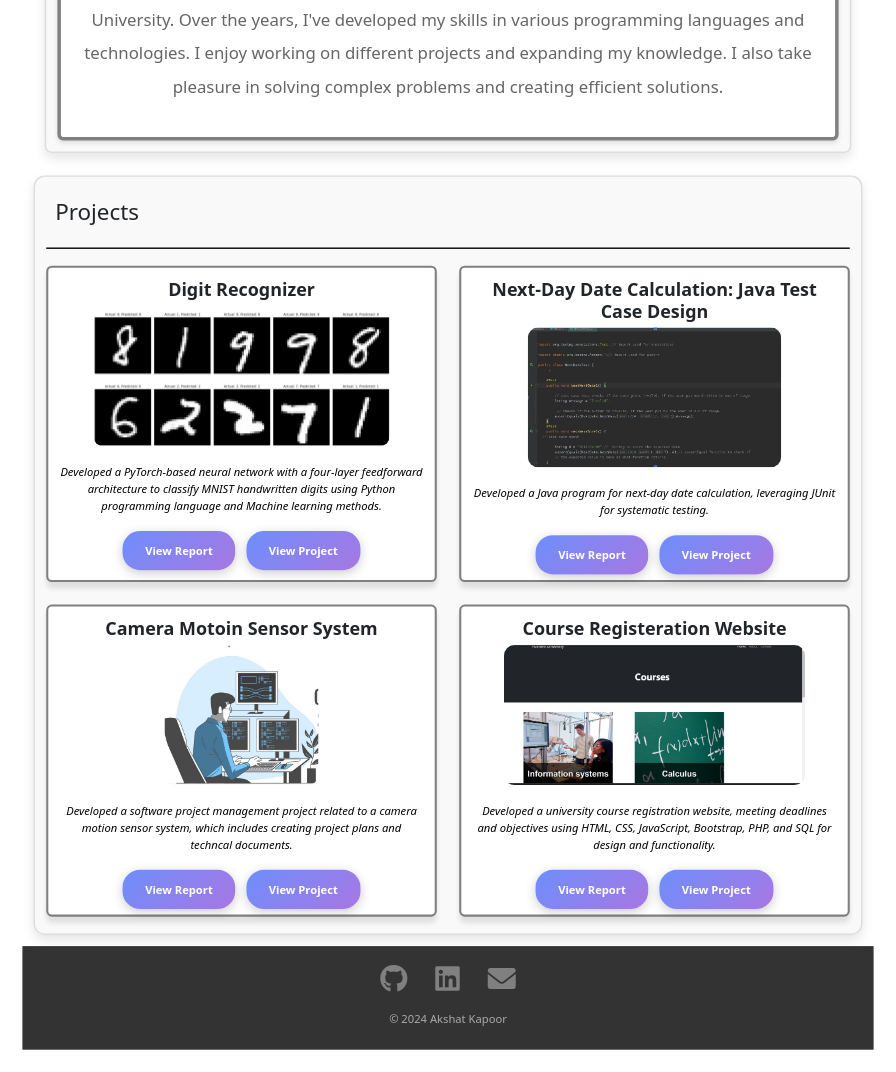
Repository: AkshatKapo/My-Portfolio
Page: /
The author's editor kept a copy of each file at every save. The page is drawn from the files as they stood at one save, then again after the next save.
The browser window is 1280 px wide. The pictures show the part of the page from y = 722 to 2642 px (the page is 2253 px tall before and 3054 px after), at 70% of full size.
The project was rebuilt for these pictures with package versions that can differ from the ones it lists, and the page was loaded fresh each time. Also part of the build but not shown: vite.config.js.

Above is the page before, as saved 2024-06-14 15:59:36.

### index.html
<!DOCTYPE html>
<html lang="en">
  <head>
    <meta charset="UTF-8" />
    <link rel="stylesheet" href="https://cdnjs.cloudflare.com/ajax/libs/font-awesome/6.0.0-beta3/css/all.min.css">
    <link rel="stylesheet" href="https://maxcdn.bootstrapcdn.com/bootstrap/4.5.2/css/bootstrap.min.css">

    <meta name="viewport" content="width=device-width, initial-scale=1.0" />
    <title>Vite + React</title>
  </head>
  <body>
    <div id="root"></div>
    <script type="module" src="/src/main.jsx"></script>
  </body>
</html>

### src/main.jsx
import React from 'react'
import ReactDOM from 'react-dom/client'
import App from './App'
import './index.css'
import 'bootstrap/dist/css/bootstrap.min.css';


ReactDOM.createRoot(document.getElementById('root')).render(
  <React.StrictMode>
    <App />
  </React.StrictMode>,
)

### src/App.jsx
import { useEffect } from 'react';
import './App.css';
import Header from './components/Header';
import Home from './components/Home';
import About from './components/About';
import Experience from './components/Experience'; // Corrected import path
import Projects from './components/projects';
import Contact from './components/Contact';
// import Skill from './components/skill'
function App() {
  useEffect(() => {
    function reveal() {
      let reveals = document.querySelectorAll(".reveal");// stores all the elements with class reveal into an array

      for (var i = 0; i < reveals.length; i++) { // iterates through reveals array, takes the each element with class reveals
        let windowHeight = window.innerHeight; // gets the height of the view port
        let elementTop = reveals[i].getBoundingClientRect().top;// gets the postion of the element relative to the view port
        let sectionHeight = reveals[i].offsetHeight;// calculates the hieght of the element
        let elementVisible = windowHeight - elementTop > 0 ? windowHeight - elementTop : 0;// calculates the porton  of the element visible(Dstance between the top of the view port  and bottom of visible part of  the element)
        let visibilityRatio = elementVisible / sectionHeight; // Fraction of the element visible

        if (visibilityRatio > 0.5) {  // if the visibility ratio is greater than half then it will make it visible
          reveals[i].classList.add("active");// add class actve to the element to make it visible
        } else { // if its less than 0.5 than it wll not display it or remove the class
          reveals[i].classList.remove("active");
        }
      }
    }

    window.addEventListener("scroll", reveal);// Add scroll as event listenere because wewe want to dsplay elements as user scrolls down

    // Call reveal initially to check the visibility of elements when the component mounts
    reveal();

    // Cleanup function to remove event listener when component unmounts
    return () => {
      window.removeEventListener("scroll", reveal);
    };
  }, []);


  return (
    <div>
      <Header />
      <Home />
      <About />

      <Projects />
      <Contact />

    </div>
  );
}

export default App;

/*
Mount: useEffect runs, reveal function defined and called, scroll event listener added.
Scroll: Each scroll triggers the reveal function to recalculate and update element visibility.
Unmount: Cleanup function removes the scroll event listener.
*/

### src/index.css
body {
    font-family: 'Segoe UI', Tahoma, Geneva, Verdana, sans-serif;
    background-color:#ccddff;
    color:black;
    margin: 0;
    padding: 0;
  }


  #root {
    display: flex;
    flex-direction: column;
    min-height: 100vh;
  }

### src/App.css
#root {
  max-width: 1280px;
  margin: 0 auto;
  padding: 2rem;
  text-align: center;
}
.reveal {
  opacity: 0;
  transform: translateY(100px);
  transition: opacity 0.6s ease-out, transform 0.6s ease-out;
}

.reveal.active {
  opacity: 1;
  transform: translateY(0);
}

### src/components/Header.jsx
import React from 'react'
import './Header.css'

const Header = () => {
  return (
    <header>
      <h1 className='title'>AK</h1>
      <nav>
        <ul>
          <li><a href="#home">Home</a></li>
          <li><a href="#about">About</a></li>
          <li><a href="#skills">Skills</a></li>
          <li><a href="#projects">Projects</a></li>
          <li><a href="/Akshat_Kapoor_Resume.pdf">Resume</a></li>
        </ul>
      </nav>
    </header>
  )
}

export default Header

### src/components/Home.jsx
import React from "react";
import "./Home.css";

const Home = () => {
  return (
    <div className="reveal">
      <section id="home">
        <div className="home-content">
          <div className="text-content">
            <h3>Hello, I'm</h3>
            <h1>Akshat Kapoor</h1>
            <h4>A fourth year Software Engineering student</h4>
            <div className="social-icons">
              <a href="https://github.com/yourusername" target="_blank" rel="noopener noreferrer">
                <i className="fab fa-github"></i>
              </a>
              <a href="https://www.linkedin.com/in/yourusername" target="_blank" rel="noopener noreferrer">
                <i className="fab fa-linkedin"></i>
              </a>
              <a href="mailto:youremail@gmail.com" target="_blank" rel="noopener noreferrer">
                <i className="fas fa-envelope"></i>
              </a>
            </div>
          </div>
          <div className="separator"></div>  {/* Added separator */}
          <div className="image-content">
            <img
              src="/mnt/data/image.png"
              alt="Akshat Kapoor"
              className="profile-image"
            />
          </div>
        </div>
      </section>
    </div>
  );
};

export default Home;

### src/components/About.jsx
import React from 'react';
import './About.css';

function About() {
  return (
    <section id="about">
      <div id='about-content'>
       <h2>About Me</h2>
       <div className='seperator'>


       </div>
       <p>I am a dedicated and passionate fourth-year Software Engineering student at Ontario Tech University. Over the years, I've developed my skills in various programming languages and technologies. I enjoy working on different projects and expanding my knowledge. I also take pleasure in solving complex problems and creating efficient solutions. </p>
      </div>
    </section>
  );
}

export default About;

### src/components/projects.jsx
import React from "react";
import "./projects.css";

const projects = () => {
  return (
    <section id="projects">
      <div class="project-list">
        <h2>Projects</h2>
        <div className="seperator"></div>
        <div class="project-row">
          <div class="project">
            <h3>Digit Recognizer</h3>
            <img src="/assets/images/image.jpg"></img>
            <p>
              Developed a PyTorch-based neural network with a four-layer
              feedforward architecture to classify MNIST handwritten digits
              using Python programming language and Machine learning methods.
            </p>
            <a href="/Machine_Learning_Project.pdf" class="Projectbutton">
              View Report
            </a>
            <a href="link-to-project1" class="Projectbutton2">
              View Project
            </a>
          </div>
          <div class="project">
            <h3>Next-Day Date Calculation: Java Test Case Design </h3>
            <img src="/assets/images/date.jpg"></img>
            <p>
              Developed a Java program for next-day date calculation, leveraging
              JUnit for systematic testing.{" "}
            </p>
            <a href="/100781511_Akshat_Kapoor_TestDesignAssignment_NextDate.pdf" class="Projectbutton">
              View Report
            </a>
            <a href="link-to-project1" class="Projectbutton2">
              View Project
            </a>
          </div>
        </div>
        <div class="project-row">
          <div class="project">
            <h3>Camera Motoin Sensor System</h3>
            <img src="/assets/images/moton sensor.jpg"></img>
            <p>
              Developed a software project management project related to a
              camera motion sensor system, which includes creating project plans and techncal documents.
            </p>
            <a href="/SPM_Project.pdf" class="Projectbutton">
              View Report
            </a>
            <a href="link-to-project1" class="Projectbutton2">
              View Project
            </a>
          </div>
          <div class="project">
            <h3>Course Registeration Website</h3>
            <img src="/assets/images/coursespage.jpg"></img>
            <p>
              Developed a university course registration website,
              meeting deadlines and objectives using HTML, CSS, JavaScript,
              Bootstrap, PHP, and SQL for design and functionality.
            </p>
            <a href="/Data_Report.pdf" class="Projectbutton">
              View Report
            </a>
            <a href="link-to-project1" class="Projectbutton2">
              View Project
            </a>
          </div>
        </div>
      </div>
    </section>
  );
};

export default projects;

### src/components/Contact.jsx
import React from "react";
import "./Contact.css";

const Contact = () => {
  return (
    <footer id="footer">
      <div className="footer-content">
        <ul className="footer-icons">
          <li>
            <a
              href="https://github.com/yourusername"
              target="_blank"
              rel="noopener noreferrer"
            >
              <i className="fab fa-github"></i>
            </a>
          </li>
          <li>
            <a
              href="https://www.linkedin.com/in/yourusername"
              target="_blank"
              rel="noopener noreferrer"
            >
              <i className="fab fa-linkedin"></i>
            </a>
          </li>
          <li>
            <a
              href="mailto:youremail@gmail.com"
              target="_blank"
              rel="noopener noreferrer"
            >
              <i className="fas fa-envelope"></i>
            </a>
          </li>
        </ul>

      </div>
      <p className="footer-copy">© 2024 Akshat Kapoor</p>
    </footer>
  );
};

export default Contact;

### src/components/Header.css
header {
  background-color: #333;
  color: white;
  padding: 2%;
  display: flex;
  justify-content: space-between;
  align-items: center;

    /* text-align: center; */
  }
  .title {
    font-family: 'Helvetica', sans-serif;
    font-size: 50px;
    background:white;
    -webkit-background-clip: text;
    color: transparent;
  }


  nav ul {
    list-style-type: none;
    padding: 0;
    margin: 0;
    display: flex;
  }

  nav ul li {
    margin: 0 1rem;
  }

  nav ul li a {
    color: white;
    text-decoration: none;
    font-size: 150%;
  }

### src/components/Home.css
@import url('https://fonts.googleapis.com/css2?family=Roboto:wght@300;400;700&display=swap');

#home {
  padding: 1rem;
  display: flex;
  justify-content: center;
  align-items: center;
  background-color: #f9f9f9;
  border: 2px solid #ddd; /* Light border */
  border-radius: 10px; /* Rounded corners */
  margin: 2rem; /* Margin to ensure it doesn’t touch the edges of the container */

}

.home-content {
  display: flex;
  justify-content: space-between;
  width: 100%;
  max-width: 1200px; /* Adjust the max-width as needed */
  background: #fff; /* Background for the content */
  padding: 2rem; /* Padding around the content */
  box-shadow: 0 4px 8px rgba(0, 0, 0, 0.1); /* Shadow for styling */
  border-radius: 8px; /* Rounded corners */
}

.text-content {
  flex: 1;
  padding-right: 1rem;
  font-family: 'Roboto', sans-serif;

}

.text-content h2 {
  font-size: 2.5rem; /* Adjust the font size as needed */
  font-weight: 900;
  color: #333;
  margin-bottom: 1rem;

}

.text-content p {
  font-size: 1rem; /* Adjust the font size as needed */
  line-height: 1.6; /* Adjust the line height as needed */
  color: #666;
  font-weight: 300;
}

.separator {
  width: 1px;
  background-color: #333;
  height: 250px; /* Adjust the height as needed */
}

.image-content {
  flex: 1;
  display: flex;
  justify-content: center;
}

.profile-image {
  width: 250px;
  height: 250px;
  border-radius: 50%;
  object-fit: cover;
 }

 .social-icons {
  display: flex;
  gap: 30px; /* Adjust the spacing between icons */
  justify-content: center;
}

.social-icons a {
  color: #000; /* Change the color if needed */
  text-decoration: none;
}

.social-icons .icon {
  width: 40px; /* Adjust the size of the icons */
  height: 40px; /* Adjust the size of the icons */
}

.social-icons i {
  font-size: 40px; /* Adjust the size of the font-awesome icons */
}

/* Add hover effect if desired */
.social-icons a:hover {
  opacity: 0.7; /* Example hover effect */
}

### src/components/About.css
#about {
  padding: 1rem;
  display: flex;
  background-color: #f9f9f9;
  border: 2px solid #ddd; /* Light border */
  border-radius: 10px; /* Rounded corners */
  box-shadow: 0 8px 16px rgba(0, 0, 0, 0.1); /* Shadow for depth */
  margin: 2rem; /* Margin to ensure it doesn’t touch the edges of the container */



}
#about-content {
  display: table-column;
  justify-content: space-between;
  width: 100%;
  max-width: 1200px; /* Adjust the max-width as needed */
  background: #fff; /* Background for the content */
  padding: 2rem; /* Padding around the content */
  box-shadow: 0 4px 8px rgba(0, 0, 0, 0.1); /* Shadow for styling */
  border-radius: 8px; /* Rounded corners */
}


#about h2 {
  font-size: 2rem;
  text-align: left; /* This will align the heading to the left */
  margin-bottom: 1rem; /* Adding some space between the heading and the paragraph */
  margin-top: 0.2rem;
  margin-left: 0.3rem;


}
.seperator {
  border-top: 2px solid black;
  width: 100%; /* Adjust as needed */
  margin: 20px 3; /* Adjust as needed */
}

#about p {
  font-size: 1.5rem; /* Adjust the font size as needed */
  line-height: 2; /* Adjust the line height as needed */
  color: #666;
  font-weight: 300;
  }
#about {
  padding: 1rem;
  display: flex;
  background-color: #f9f9f9;
  border: 2px solid #ddd; /* Light border */
  border-radius: 10px; /* Rounded corners */
  box-shadow: 0 8px 16px rgba(0, 0, 0, 0.1); /* Shadow for depth */
  margin: 2rem; /* Margin to ensure it doesn’t touch the edges of the container */



}
#about-content {
  display: table-column;
  justify-content: space-between;
  width: 100%;
  max-width: 1200px; /* Adjust the max-width as needed */
  background: #fff; /* Background for the content */
  padding: 2rem; /* Padding around the content */
  box-shadow: 0 4px 8px rgba(0, 0, 0, 0.1); /* Shadow for styling */
  border-radius: 8px; /* Rounded corners */
  border: 5px solid grey

}


#about h2 {
  font-size: 2rem;
  text-align: left; /* This will align the heading to the left */
  margin-bottom: 1rem; /* Adding some space between the heading and the paragraph */
  margin-top: 0.2rem;
  margin-left: 0.3rem;


}
.seperator {
  border-top: 2px solid black;
  width: 100%; /* Adjust as needed */
  margin: 20px 3; /* Adjust as needed */
}

#about p {
  font-size: 1.5rem; /* Adjust the font size as needed */
  line-height: 2; /* Adjust the line height as needed */
  color: #666;
  font-weight: 300;
  }

### src/components/projects.css
#projects {
  padding: 1rem;
  background-color: #f9f9f9;
  border: 2px solid #ddd; /* Light border */
  border-radius: 16px; /* Rounded corners */
  box-shadow: 0 8px 16px rgba(0, 0, 0, 0.1); /* Shadow for depth */
  margin: 1rem; /* Margin to ensure it doesn’t touch the edges of the container */
}

.project-list {
  display: flex;
  flex-direction: column;
  gap: 1rem; /* Space between rows */
  align-items: stretch;

}

.project-list h2 {
  font-size: 2rem;
  text-align: left; /* Align heading to the left */
  margin: 0.9rem 0 1rem 0.8rem; /* Consistent spacing around heading */
}

.project-row {
  display: flex;
  justify-content: space-between; /* Allow wrapping for responsive design */
  width: 100%; /* Space between projects */
  gap: 2rem;
  align-items: stretch;
}

.project {
  flex: 5 ; /* Flex basis to allow two projects per row with a gap */
  text-align: center;
  padding: 1rem; /* Consistent padding */
  padding-bottom: 0;
  background-color: #fff;
  border: 3px solid grey;
  box-shadow: 0 9px 8px rgba(0, 0, 0, 0.1); /* Shadow for styling */
  border-radius: 8px; /* Rounded corners */
  margin: 0.5rem 0; /* Margin for spacing between rows */
}

.project img {
  justify-content: center;
  max-width: 100%;
  max-height: 200px;
  border-radius: 15px;
  margin-bottom: 25px;
  border-color:50px solid aquamarine;
}

.project h3 {
  font-size: 1.6rem;
  font-weight: bolder;
  margin-bottom: 0.5rem; /* Space between title and paragraph */
  margin-top: 0;
}

.project p {
  font-size: 1rem;
  font-style: italic;
  color: black;
}

.Projectbutton, .Projectbutton2 {
  display: inline-block;
  padding: 1rem 2rem; /* Adjusted padding for better appearance */
  font-size: 1rem; /* Set font size */
  font-weight: bold; /* Make font bold */
  text-align: center; /* Center the text */
  background: linear-gradient(135deg, #6e8efb, #a777e3); /* Add gradient background */
  color: white; /* Change text color to white */
  text-decoration: none; /* Remove underline */
  border: none; /* Remove border */
  border-radius: 25px; /* More rounded corners */
  box-shadow: 0 4px 15px rgba(0, 0, 0, 0.2); /* Add shadow */
  transition: background 0.3s, transform 0.3s; /* Smooth transitions */
  cursor: pointer; /* Change cursor to pointer */
  margin: 0.5rem; /* Add a small margin for better spacing */
}

.Projectbutton:hover, .Projectbutton2:hover {
  background: linear-gradient(135deg, #a777e3, #6e8efb); /* Reverse gradient on hover */
  transform: translateY(-2px); /* Slight lift on hover */
  box-shadow: 0 6px 20px rgba(0, 0, 0, 0.3); /* Increase shadow on hover */
}
.seperator {
  border-top: 2px solid black;
  width: 100%; /* Adjust as needed */
  margin: 20px 3; /* Adjust as needed */
}

/* Responsive Design */
@media (max-width: 768px) {
  .project-row {
    flex-direction: column; /* Stack projects vertically on smaller screens */
  }

  .Projectbutton2 {
    margin-left: 0; /* Reset margin on smaller screens */
  }
}

### src/components/Contact.css
#footer {
  background-color: #333;
  padding: 1rem 0;
  text-align: center;
  color: white;
}

.footer-content {
  display: flex;
  justify-content: center;
  align-items: center;
  margin-bottom: 1rem;
}

.footer-icons {
  list-style: none;
  padding: 0;
  margin: 0;
  text-align: center;
}

.footer-icons li {
  display: inline-block;
  margin: 0 20px; /* Increased margin for more gap between icons */
}

.footer-icons li a {
  color: grey; /* Change color as needed */
  font-size: 40px; /* Adjust size as needed */
  text-decoration: none;
}

.footer-icons li a:hover {
  color: #007bff; /* Change color on hover as needed */
}
.footer-copy {
  margin-top: 1rem;
  font-size: 16px;
  color: #aaa;
}

### src/components/Experience.jsx
import React from 'react'
import './Experience.css'

const Experience = () => {
  return (
    <div className="reveal">
      <section id="experience">
        <div className="experience-content">
          <h2>Experience</h2>
          <div className="separator"></div>
          <div>
            <h3>Software Developer Co-op Student</h3>
            <h4>Ontario Power Generation</h4>
            <p>
              <strong>Duration:</strong> May 2023 - December 2023
            </p>
            <p>Job description and responsibilities:</p>
            <ul>
              <li>Developed an operational oversight web application using ASP.NET, C#, Angular, HTML, CSS, JavaScript, Microsoft SQL Server, and Azure Repos for real-time monitoring and decision-making.</li>
              <li>Designed, coded, and implemented a program for early notification of dormant projects using Python, Microsoft SQL Server, and Excel VBA, significantly reducing project stagnation and improving resource allocation proficiency.</li>
              <li>Developed a user-friendly Power App for the procedures team, simplifying the request process and improving task management efficiency.</li>
              <li>Created and deployed Power BI dashboards, transforming data analysis and enabling faster, informed decision-making across departments.</li>
              <li>Authored Project Charter for a major $10 million Main Control Room renovation project in a Nuclear Power Plant.</li>
              <li>Prepared and delivered team safety presentations during dedicated team safety meetings.</li>
            </ul>
          </div>
        </div>
      </section>
    </div>
  )
}

export default Experience

### src/components/Experience.css
#experience {
    padding: 2rem;
    background-color: #f9f9f9;
    text-align: center;
  }

  #experience h2 {
    font-size: 2rem;
    margin-bottom: 1rem;
  }

  .experience-list {
    display: flex;
    flex-direction: column;
    align-items: center;
  }

  .experience-item {
    margin-bottom: 2rem;
    text-align: left;
    width: 80%;
    max-width: 600px;
  }

  .experience-item h3 {
    font-size: 1.5rem;
  }

  .experience-item h4 {
    font-size: 1.2rem;
    color: #555;
  }

  .experience-item p {
    font-size: 1rem;
    margin: 0.5rem 0;
  }
  .experience-content ul {
    list-style-type: disc; /* Use "circle" or "square" for different bullet styles */
    margin-left: 20px; /* Adjust left margin as needed */
  }

  .experience-content li {
    margin-bottom: 10px; /* Space between bullet points */
  }

After the next save:
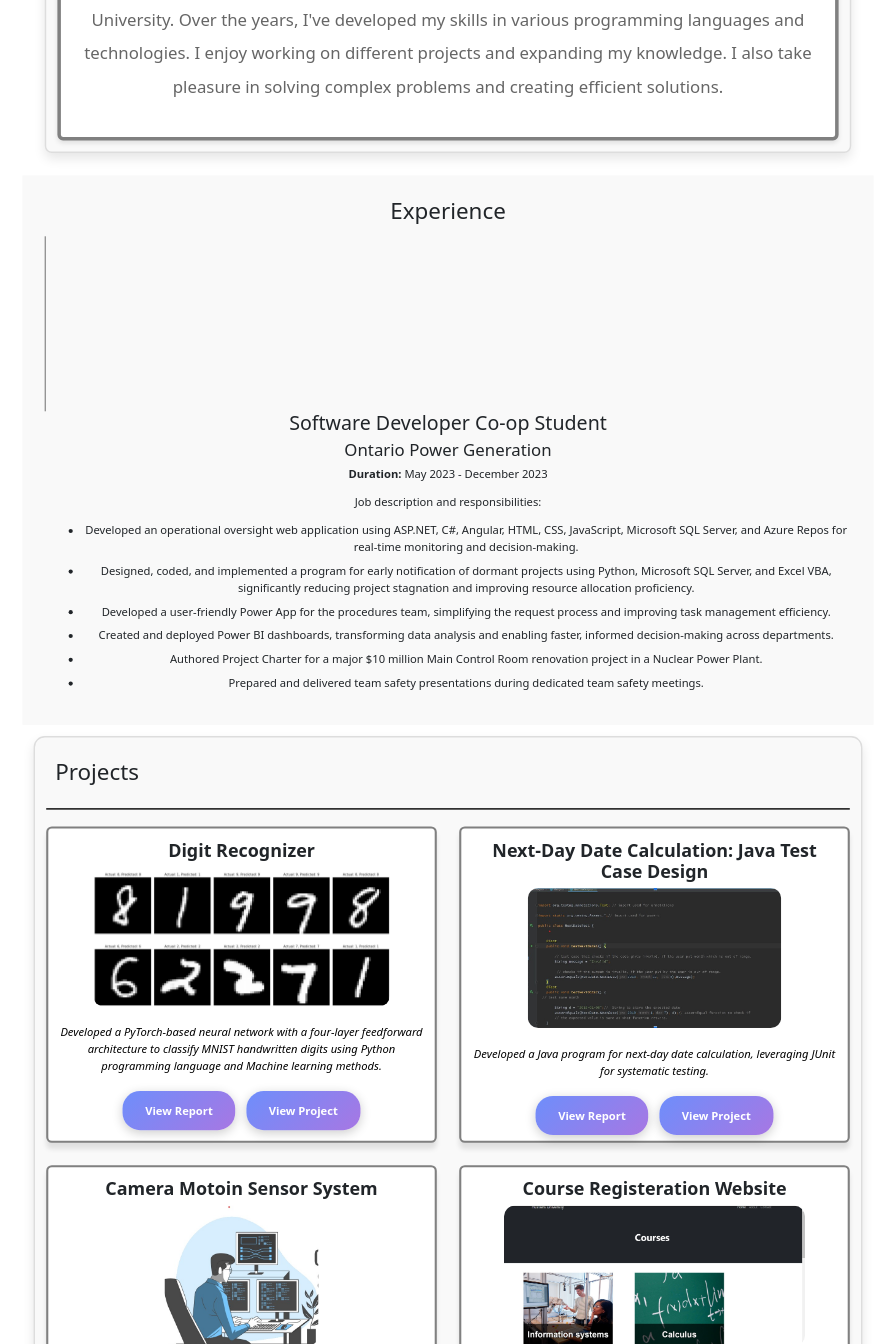
Saved 5 s later.
--- a/src/App.jsx
+++ b/src/App.jsx
@@ -44,7 +44,7 @@ function App() {
       <Header />
       <Home />
       <About />
-
+      <Experience />
       <Projects />
       <Contact />
 
